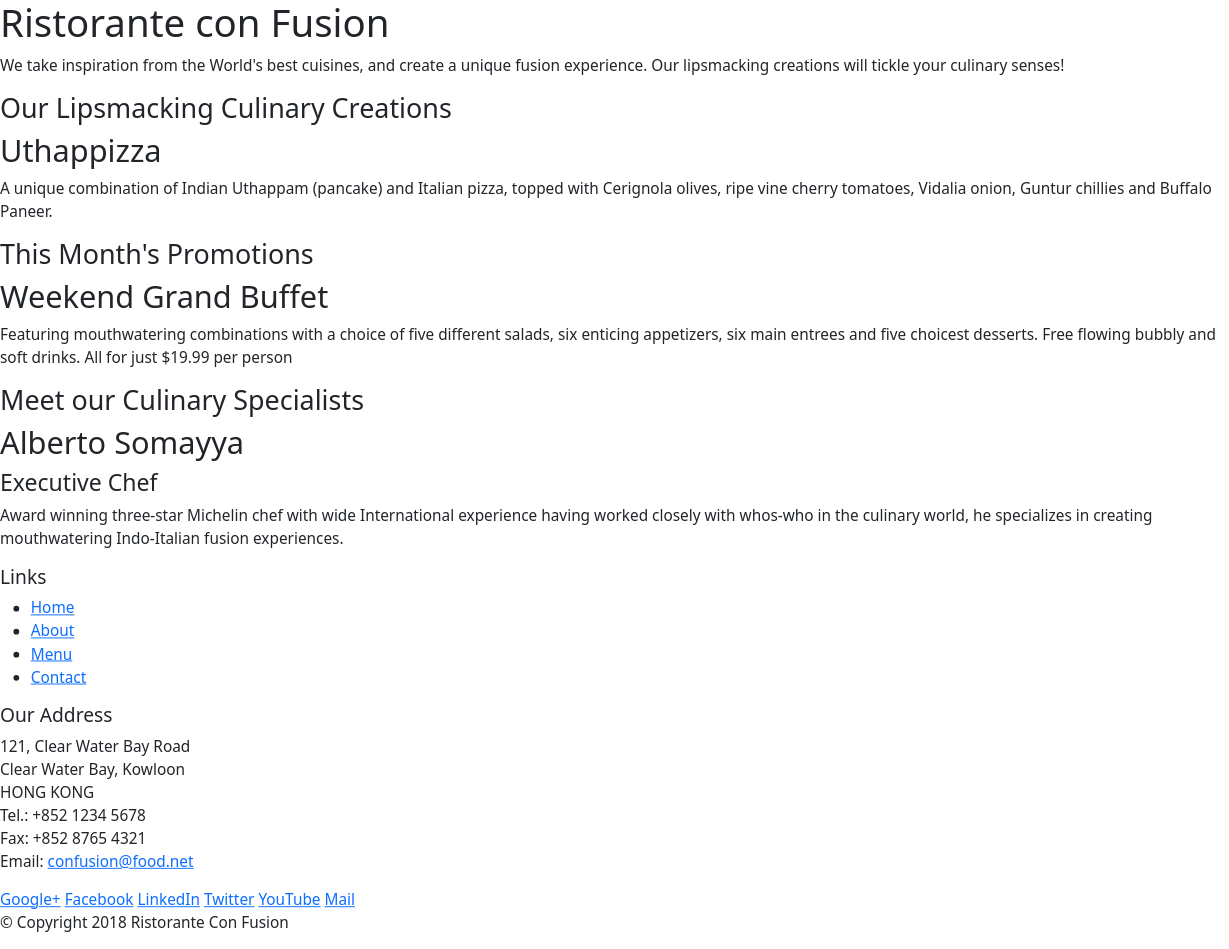
Repository: devjeremyjake/confusion
Page: index.html
The author's editor kept a copy of each file at every save. The page is drawn from the files as they stood at one save, then again after a run of saves.
The browser window is 1280 px wide. The pictures show the whole page, at 96% of full size.
Some web libraries are served in a nearby version.

Above is the page before, as saved 2020-01-30 13:25:10.

### index.html
<!DOCTYPE html>
<html lang="en">
<head>
    <meta charset="UTF-8">
    <meta name="viewport" content="width=device-width, initial-scale=1.0">
    <meta http-equiv="X-UA-Compatible" content="ie=edge">
    <title>Ristorante Con Fusion</title>
    <link rel="stylesheet" href="node_modules/bootstrap/dist/css/bootstrap.min.css">
</head>

<body>
<div class="conainer">
   <header>
        <div>
            <div>
                <div>
                    <h1>Ristorante con Fusion</h1>
                    <p>We take inspiration from the World's best cuisines, and create a unique fusion experience. Our lipsmacking creations will tickle your culinary senses!</p>
                </div>
                <div>
                </div>
            </div>
        </div>
    </header>

    <div>
        <div>
            <div>
                <h3>Our Lipsmacking Culinary Creations</h3>
            </div>
            <div>
                <h2>Uthappizza</h2>
                <p>A unique combination of Indian Uthappam (pancake) and Italian pizza, topped with Cerignola olives, ripe vine cherry tomatoes, Vidalia onion, Guntur chillies and Buffalo Paneer.</p>
            </div>
        </div>


        <div>
            <div>
                <h3>This Month's Promotions</h3>
            </div>
            <div>
                <h2>Weekend Grand Buffet</h2>
                <p>Featuring mouthwatering combinations with a choice of five different salads, six enticing appetizers, six main entrees and five choicest desserts. Free flowing bubbly and soft drinks. All for just $19.99 per person </p>
            </div>
        </div>

        <div>
            <div>
                <h3>Meet our Culinary Specialists</h3>
            </div>
            <div>
                <h2>Alberto Somayya</h2>
                <h4>Executive Chef</h4>
                <p>Award winning three-star Michelin chef with wide International experience having worked closely with whos-who in the culinary world, he specializes in creating mouthwatering Indo-Italian fusion experiences. </p>
            </div>
        </div>
    </div>

    <footer>
        <div>
            <div>
                <div>
                    <h5>Links</h5>
                    <ul>
                        <li><a href="#">Home</a></li>
                        <li><a href="#">About</a></li>
                        <li><a href="#">Menu</a></li>
                        <li><a href="#">Contact</a></li>
                    </ul>
                </div>
                <div>
                    <h5>Our Address</h5>
                    <address>
		              121, Clear Water Bay Road<br>
		              Clear Water Bay, Kowloon<br>
		              HONG KONG<br>
		              Tel.: +852 1234 5678<br>
		              Fax: +852 8765 4321<br>
		              Email: <a href="mailto:confusion@food.net">confusion@food.net</a>
		           </address>
                </div>
                <div>
                    <div>
                        <a href="http://google.com/+">Google+</a>
                        <a href="http://www.facebook.com/profile.php?id=">Facebook</a>
                        <a href="http://www.linkedin.com/in/">LinkedIn</a>
                        <a href="http://twitter.com/">Twitter</a>
                        <a href="http://youtube.com/">YouTube</a>
                        <a href="mailto:">Mail</a>
                    </div>
                </div>
           </div>
           <div>
                <div>
                    <p>© Copyright 2018 Ristorante Con Fusion</p>
                </div>
           </div>
        </div>
    </footer>
</div>

    <script src="node_modules/jquery/dist/jquery.slim.min.js"></script>
    <script src="node_modules/popper.js/dist/umd/popper.min.js"></script>
    <script src="node_modules/bootstrap/dist/js/bootstrap.min.js"></script>
</body>

</html>

After the next 2 saves:
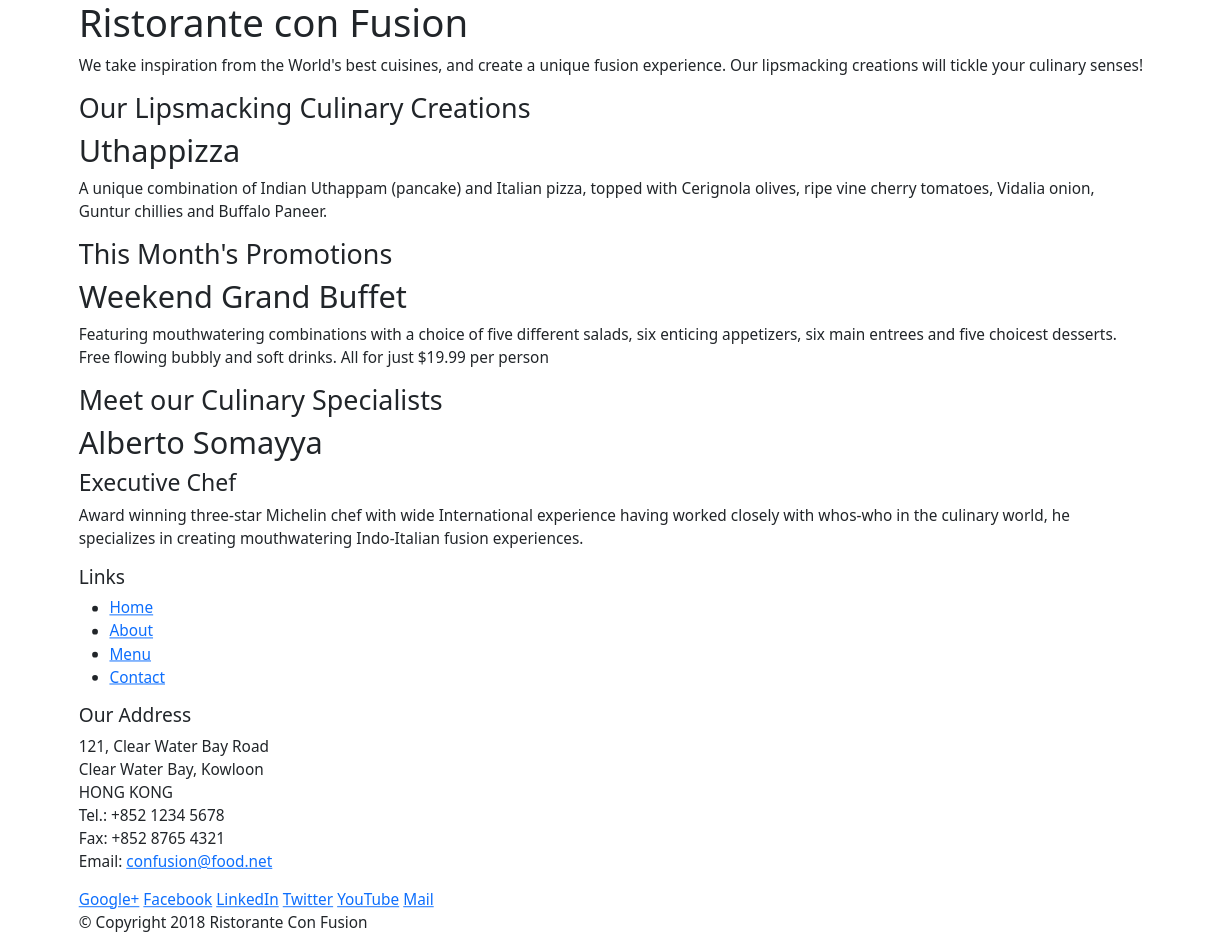
The 2 saves are shown as one change because they came seconds apart.
The last was saved 7 s later.
--- a/index.html
+++ b/index.html
@@ -9,7 +9,7 @@
 </head>
 
 <body>
-<div class="conainer">
+<div class="container">
    <header>
         <div>
             <div>
